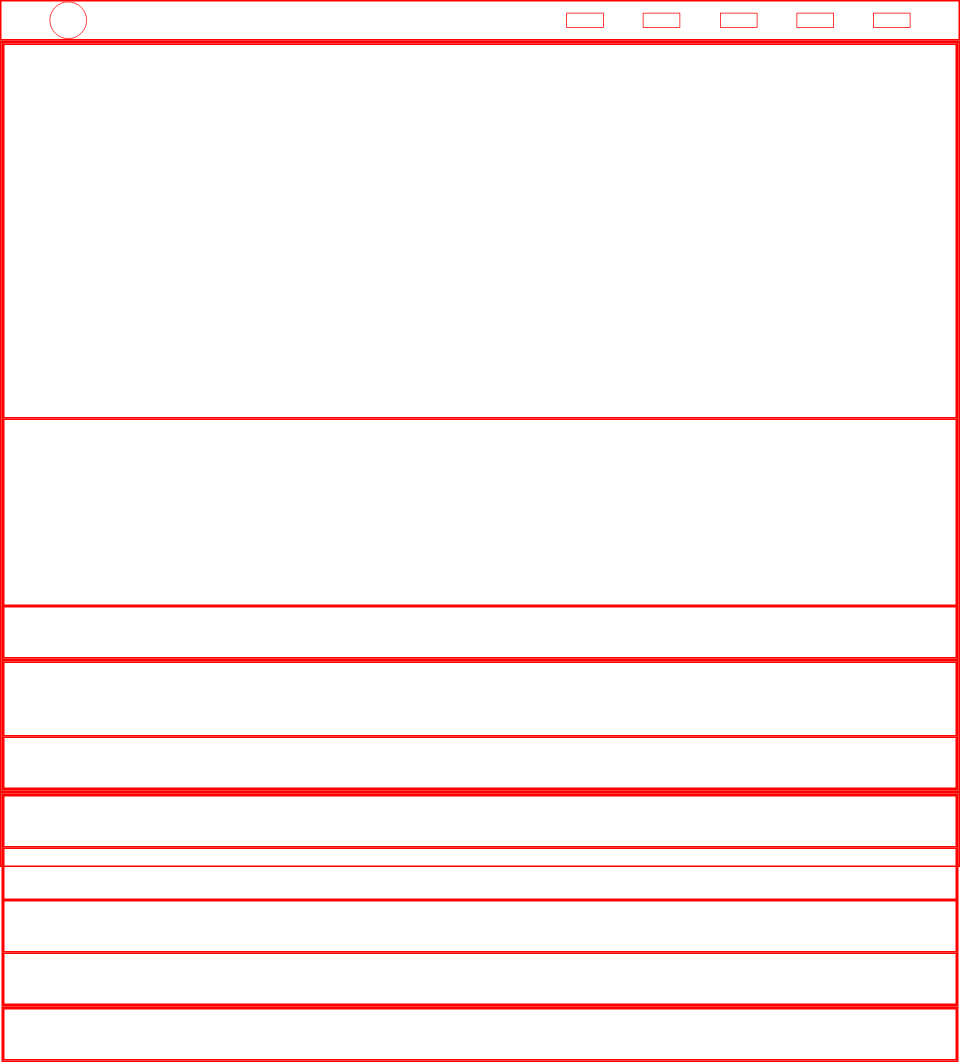
Repository: archangel88/elbrus_homework
Page: phase-0/week-3/day-4/flexbox/index.html
These files come from the project's save history. The page is drawn as it stood at one moment and after the next save; the edit follows.
The browser window is 1280 px wide. The pictures show the whole page, at 75% of full size.

Above is the page before, as saved 2025-10-09 22:57:28.

### phase-0/week-3/day-4/flexbox/index.html
<!DOCTYPE html>
<html lang="en">
<head>
    <meta charset="UTF-8">
    <link rel="stylesheet" href="./css/styles.css">
    <title>Flexbox</title>
</head>
<body>
    <div class="flex-container">
        <header>
            <div class="header">
                <div class="logo"></div>
                <nav class="menu">
                    <div class="item1"></div>
                    <div class="item2"></div>
                    <div class="item3"></div>
                    <div class="item4"></div>
                    <div class="item5"></div>
                </nav>
            </div>
        </header>
        <main class="content">
            <div class="left block">
                <div class="block1 block"></div>
                <div class="block2 block"></div>
                <div class="block3 block"></div>
            </div>
            <div class="right block">
                <div class="block1 block"></div>
                <div class="block2 block"></div>
            </div>
        </main>
        <footer class="footer">
            <div class="left block">
                <div class="block1 block"></div>
                <div class="block2 block"></div>
                <div class="block3 block"></div>
                <div class="block4 block"></div>
            </div>
            <div class="right block">
                <div class="block1 block"></div>
            </div>
        </footer>
    </div>
</body>
</html>

### phase-0/week-3/day-4/flexbox/css/styles.css
* {
    margin: 0;
    padding: 0;
    box-sizing: border-box;
}

.flex-container {
    width: 100vw;
    height: 100vh;

    display: flex;
    flex-direction: column;
    justify-content: space-between;
}

header {
    width: 100%;
    height: 100px;
    border: 2px solid rgb(255, 0, 0);

    display: flex;
    justify-content: center;
    align-items: center;
}

.header {
    display: flex;
    align-items: center;
    justify-content: space-between;

    width: 90%;
    height: 80%;
}

.logo {
    width: 50px;
    height: 50px;
    border-radius: 50%;
    border: 1px solid red;
}

.menu {
    display: flex;
    justify-content: space-between;
    width: 40%;
}

.menu > div {
    width: 50px;
    height: 20px;
    border: 1px solid red;
}

.content{
    border: 2px solid red;
}

.content .block{
    border: 2px solid red;
}

.content .left .block1{
    height: 500px;
}

.content .left .block2,.block3{
    height: 250px;
}

.content .right .block1{
    height: 280px;
}

.content .right .block1{
    height: 100px;
}

.block{
    border: 2px solid red;
}

.footer{
    border: 2px solid red;
    height: 100px;
}

.footer .block{
    border: 2px solid red;
}

.footer .left .block1,.block2,.block3,.block4{
    height: 70px;
}

.footer .right .block{
    height: 70px;
}

After the next save:
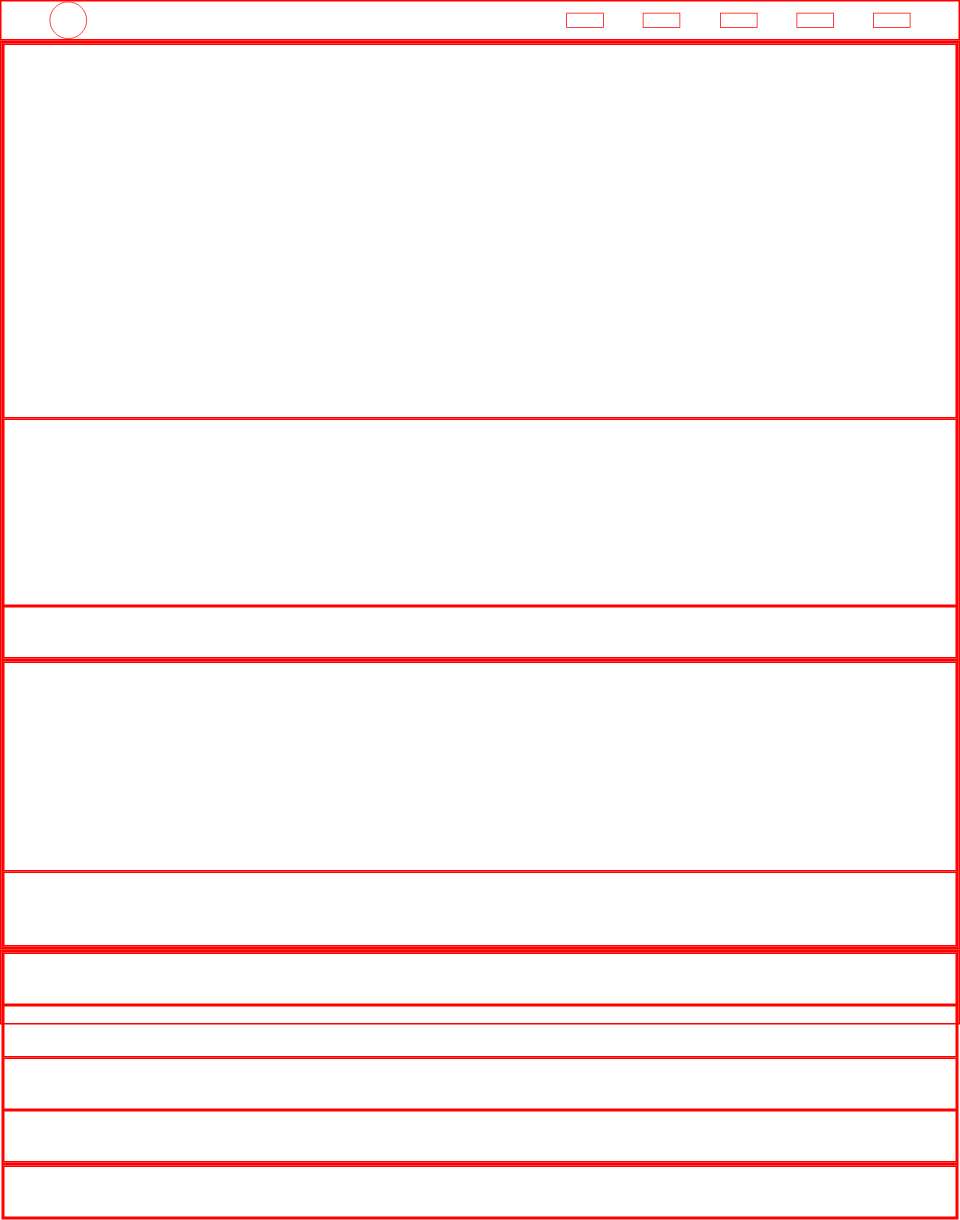
Saved 3 min 51 s later.
--- a/phase-0/week-3/day-4/flexbox/css/styles.css
+++ b/phase-0/week-3/day-4/flexbox/css/styles.css
@@ -71,7 +71,7 @@ header {
     height: 280px;
 }
 
-.content .right .block1{
+.content .right .block2{
     height: 100px;
 }
 
